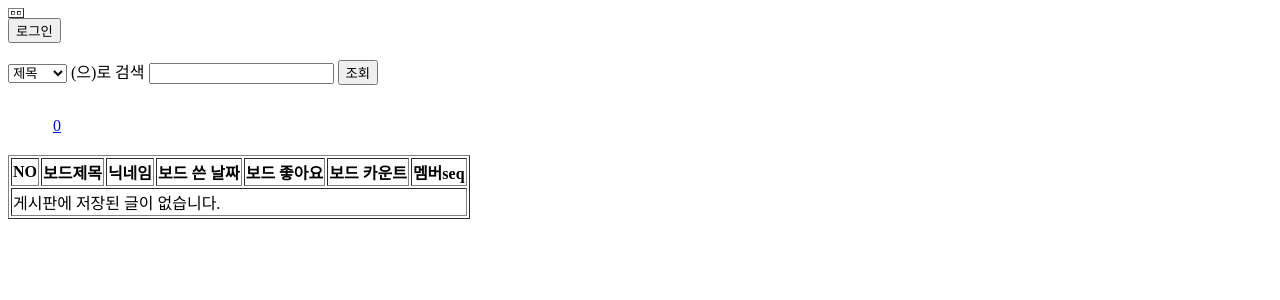
Repository: izuiw/team
Page: http://localhost/qCali/WEB-INF/views/board/list.jsp
An editor plug-in stored every save of this project. The page is shown before and after the next save, followed by the edit.
The browser window is 1280 px wide. The pictures show the whole page.
The page is served by Tomcat 9. Nobody is signed in. The template is opened directly, without the code that normally fills it, so the values that code supplies are empty.

Above is the page before, as saved 2022-04-27 08:23:32.

After the next save:
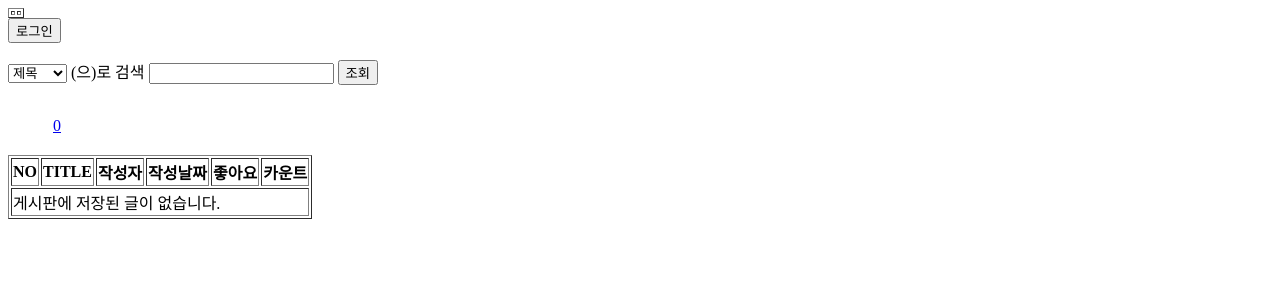
Saved 32 s later.
--- a/qCali/src/main/webapp/WEB-INF/views/board/list.jsp
+++ b/qCali/src/main/webapp/WEB-INF/views/board/list.jsp
@@ -94,12 +94,11 @@ li {
 	<table border="1">
 		<tr>
 			<th>NO</th>
-			<th>보드제목</th>
-			<th>닉네임</th>
-			<th>보드 쓴 날짜</th>
-			<th>보드 좋아요</th>
-			<th>보드 카운트</th>
-			<th>멤버seq</th>
+			<th>TITLE</th>
+			<th>작성자</th>
+			<th>작성날짜</th>
+			<th>좋아요</th>
+			<th>카운트</th>
 
 
 		</tr>
